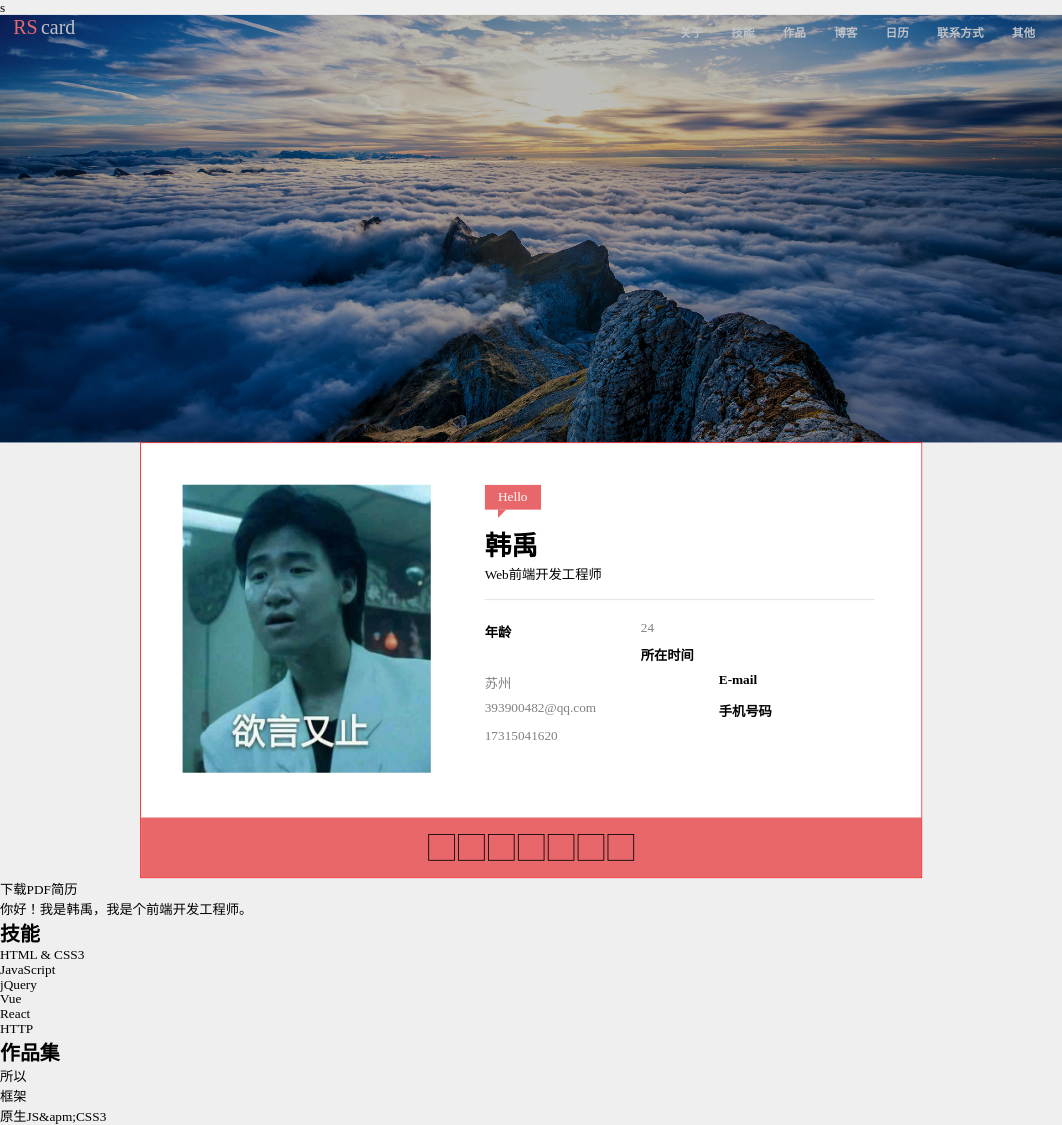
Repository: yorkHan/resume
Page: index.html
These files come from the project's save history. The page is drawn as it stood at one moment and after a run of saves; the edit follows.
The browser window is 1280 px wide. The pictures show the whole page, at 83% of full size.

Above is the page before, as saved 2018-04-10 00:46:37.

After the next 3 saves:
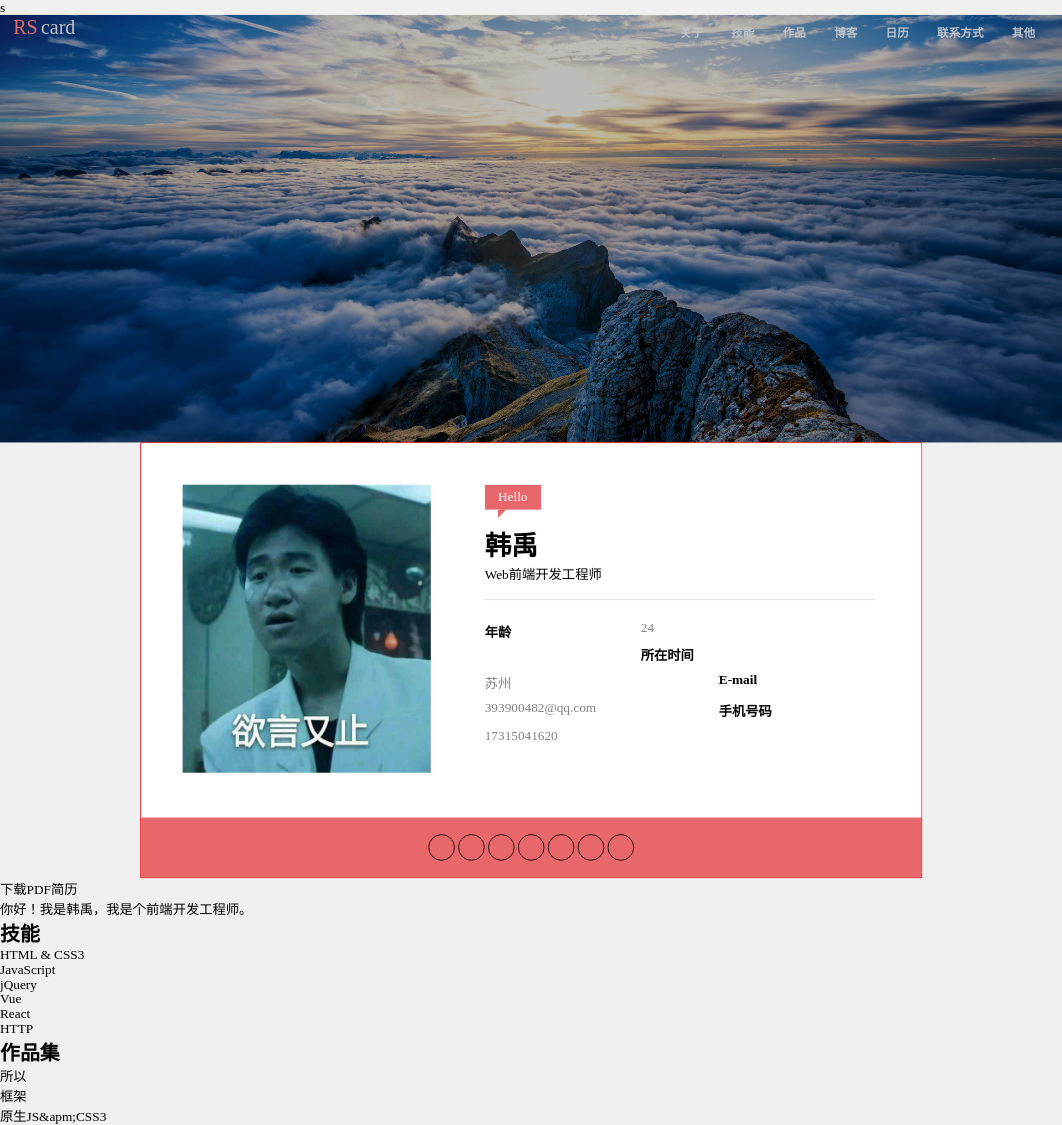
The 3 saves are shown as one change because they came seconds apart.
The last was saved 10 s later.
--- a/1.css
+++ b/1.css
@@ -120,7 +120,7 @@ hr{
 .usercard footer.media>a {
     border: 1px solid black;
     display: inline-block;
-    border-radius:
+    border-radius: 50%;
 }
 .usercard svg{
     width: 30px;
